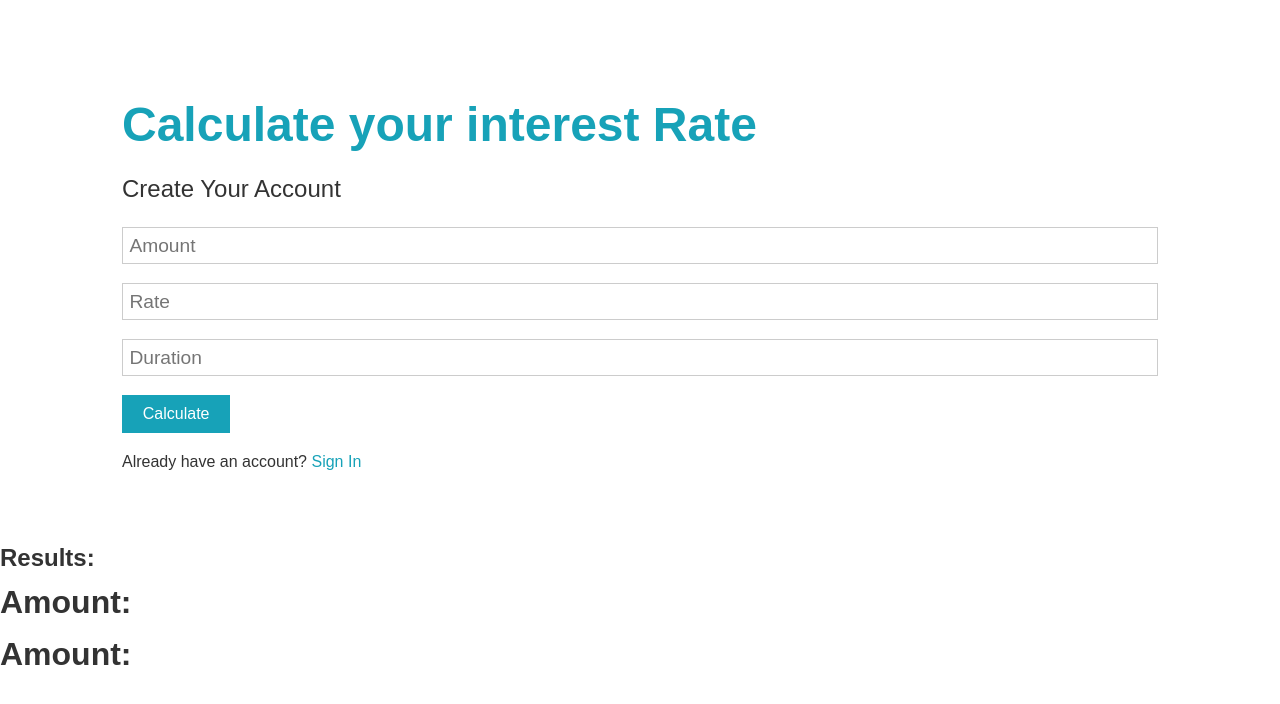
Repository: codding-ideas/loan-calculator
Page: / (app in client/)
The author's editor kept a copy of each file at every save. The page is drawn from the files as they stood at one save, then again after the next save.
The browser window is 1280 px wide. The pictures show the whole page.
The project was rebuilt for these pictures with package versions that can differ from the ones it lists, and the page was loaded fresh each time.

Above is the page before, as saved 2019-07-08 21:43:19.

After the next save:
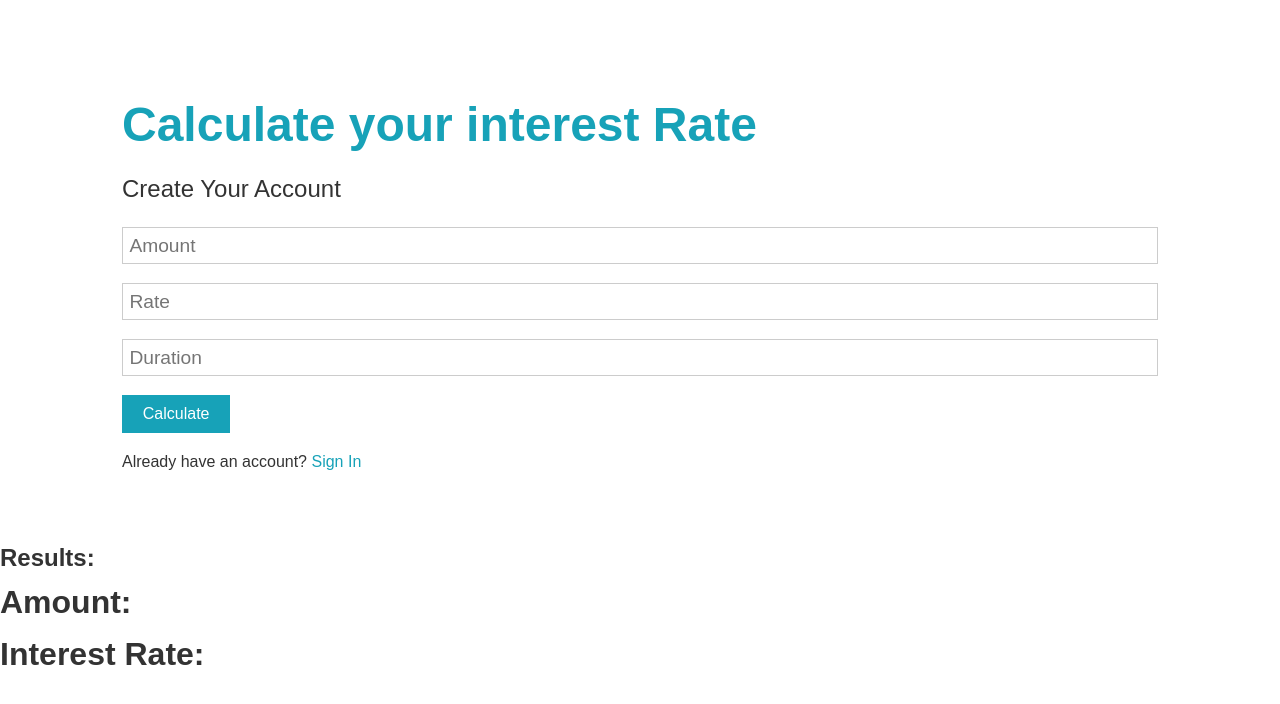
Saved 9 s later.
--- a/client/src/componets/Results.js
+++ b/client/src/componets/Results.js
@@ -7,7 +7,7 @@ const Results = (props) => {
         <div>
             <h2>Results:</h2>
             <h1>Amount: {props.loan.amount}</h1>
-            <h1>Amount: {props.loan.amount}</h1>
+            <h1>Interest Rate: {props.loan.amount}</h1>
         </div>
     )
 }
